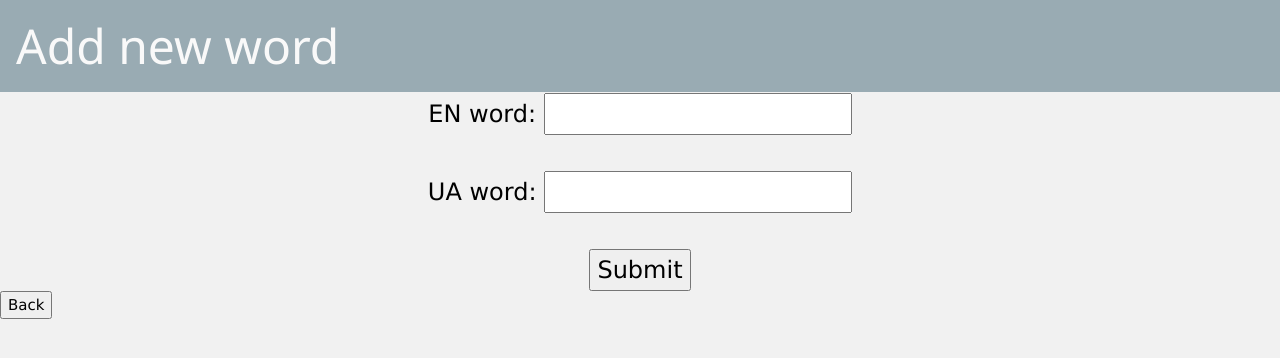
Repository: OleksandrDoskaliukKN313/IIC
Page: WebDictionary/WebContent/inputForm.html
These files come from the project's save history. The page is drawn as it stood at one moment and after the next save; the edit follows.
The browser window is 1280 px wide. The pictures show the whole page.

Above is the page before, as saved 2020-10-12 10:19:08.

After the next save:
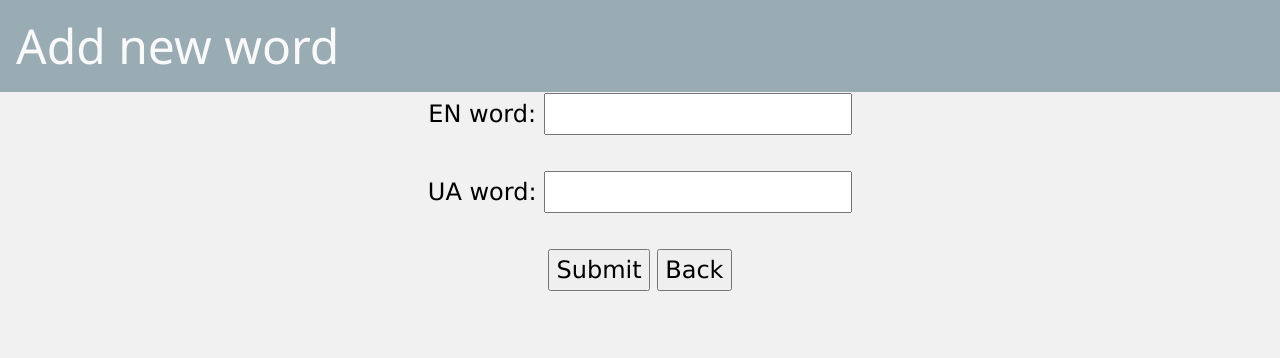
Saved 28 s later.
--- a/WebDictionary/WebContent/inputForm.html
+++ b/WebDictionary/WebContent/inputForm.html
@@ -16,9 +16,9 @@
     UA word: <input name="ua" />
     <br></br>
     <input type="submit" value="Submit" />
-
+   <button onclick="location.href='index.html'">Back</button>
 </form>
 </div>
- <button onclick="location.href='index.html'">Back</button>
+
 </body>
 </html>
